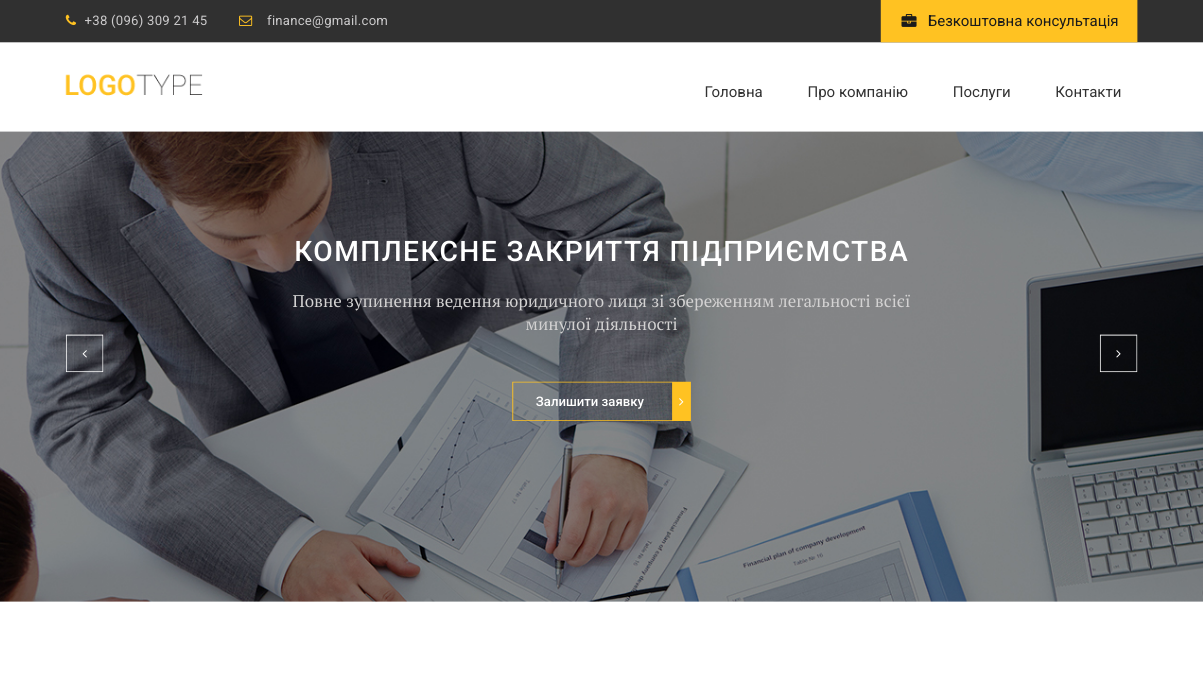
Repository: oliachipko/companysait
Page: index.html
An editor plug-in stored every save of this project. The page is shown before and after the next save, followed by the edit.
The browser window is 1280 px wide. The pictures show the whole page, at 94% of full size.

Above is the page before, as saved 2020-11-17 21:06:33.

### index.html
<!DOCTYPE html>
<html lang="en">
  <head>
    <meta charset="UTF-8" />
    <meta name="viewport" content="width=device-width, initial-scale=1.0" />
    <title>Document</title>
    <link rel="preconnect" href="https://fonts.gstatic.com" />
    <link
      href="https://fonts.googleapis.com/css2?family=PT+Serif:wght@400;700&family=Roboto:wght@400;500;700&display=swap"
      rel="stylesheet"/>
    <link rel="stylesheet" href="css/normalize.css" />
    <link rel="stylesheet" href="css/fonts.css">
    <link rel="stylesheet" href="css/jquery.fancybox.min.css">
    <link rel="stylesheet" href="css/slick.css">
    <link rel="stylesheet" href="css/style.css" />
  </head>
  <body>
    <header class="header">
      <div class="header__top">
        <div class="container">
          <div class="header__contacts">
            <a class="header__phone" href="tel:380963092145">+38 (096) 309 21 45</a>
            <a class="header__email" href="#">finance@gmail.com</a>
            <a data-fancybox data-src="#modal" href="javascript:;" href="#" class="header__btn">Безкоштовна консультація</a>
          </div>
        </div>
      </div>
      <div class="header__content">
        <div class="container">
          <div class="header__content-inner">
            <div class="header__logo">
              <a href="#">
                <img src="img/logo.png" alt="" />
              </a>
            </div>
            <nav class="menu">
              <ul>
                <li><a href="#">Головна</a></li>
                <li><a href="#">Про компанію</a></li>
                <li><a href="#">Послуги</a></li>
                <li><a href="#">Контакти</a></li>
              </ul>
            </nav>
          </div>
        </div>
      </div>
    </header>
    <section class="slider">
      <div class="container">
        <div class="slider__inner">
          <div class="slider__item">
            <div class="slider__item-content">
            <div class="slider__title">
              КОМПЛЕКСНЕ ЗАКРИТТЯ ПІДПРИЄМСТВА
            </div>
            <div class="slider__text">
              Повне зупинення ведення юридичного лиця
               зі збереженням легальності всієї минулої діяльності
            </div>
            <a data-fancybox data-src="#modal" href="javascript:;" class="slider__btn default-btn">
              Залишити заявку
            </a>
          </div>
        </div>

        <div class="slider__item">
          <div class="slider__item-content">
          <div class="slider__title">
            КОМПЛЕКСНЕ ЗАКРИТТЯ ПІДПРИЄМСТВА
          </div>
          <div class="slider__text">
            Повне зупинення ведення юридичного лиця
             зі збереженням легальності всієї минулої діяльності
          </div>
            <a data-fancybox data-src="#modal" href="javascript:;" class="slider__btn default-btn">
            Залишити заявку
            </a>
        </div>
      </div>

      <div class="slider__item">
        <div class="slider__item-content">
        <div class="slider__title">
          КОМПЛЕКСНЕ ЗАКРИТТЯ ПІДПРИЄМСТВА
        </div>
        <div class="slider__text">
          Повне зупинення ведення юридичного лиця
           зі збереженням легальності всієї минулої діяльності
        </div>
        <a data-fancybox data-src="#modal" href="javascript:;" class="slider__btn default-btn">
          Залишити заявку
        </a>
      </div>
    </div>


        </div>
      </div>
    </section>

    <div  id="modal">
      <h2>Hello!</h2>
      <p>You are awesome!</p>
    </div>


    <script src="https://ajax.googleapis.com/ajax/libs/jquery/3.5.1/jquery.min.js"></script>
    <script src="js/jquery.fancybox.min.js"></script>
    <script src="js/slick.min.js"></script>
    <script src="js/main.js"></script>
  </body>
</html>

### css/fonts.css
@font-face {
  font-family: 'icomoon';
  src:  url('../fonts/icomoon.eot?nqt5zc');
  src:  url('../fonts/icomoon.eot?nqt5zc#iefix') format('embedded-opentype'),
    url('../fonts/icomoon.ttf?nqt5zc') format('truetype'),
    url('../fonts/icomoon.woff?nqt5zc') format('woff'),
    url('../fonts/icomoon.svg?nqt5zc#icomoon') format('svg');
  font-weight: normal;
  font-style: normal;
  font-display: block;
}

[class^="icon-"], [class*=" icon-"] {
  /* use !important to prevent issues with browser extensions that change fonts */
  font-family: 'icomoon' !important;
  speak: never;
  font-style: normal;
  font-weight: normal;
  font-variant: normal;
  text-transform: none;
  line-height: 1;

  /* Better Font Rendering =========== */
  -webkit-font-smoothing: antialiased;
  -moz-osx-font-smoothing: grayscale;
}

.icon-envelope-o:before {
  content: "\f003";
}
.icon-check:before {
  content: "\f00c";
}
.icon-map-marker:before {
  content: "\f041";
}
.icon-phone:before {
  content: "\f095";
}
.icon-briefcase:before {
  content: "\f0b1";
}
.icon-bars:before {
  content: "\f0c9";
}
.icon-navicon:before {
  content: "\f0c9";
}
.icon-reorder:before {
  content: "\f0c9";
}
.icon-angle-left:before {
  content: "\f104";
}
.icon-angle-right:before {
  content: "\f105";
}
.icon-quote-left:before {
  content: "\f10d";
}
.icon-quote-right:before {
  content: "\f10e";
}
.icon-ellipsis-v:before {
  content: "\f142";
}

### css/style.css
* {
    box-sizing: border-box;
}

a{
    text-decoration: none;
    display: inline-block;
}

ul,
li{
    list-style: none;
    margin: 0;
    padding: 0;
}
.container{
    max-width: 1170px;
    margin: 0 auto;
    padding: 0 15px;
}

body{
    font-family: 'PT Serif', serif;
    /*font-family: 'Roboto', sans-serif;*/
    font-weight: 400px;
    font-size: 14px;
    line-height: 18px;
    color: #5e5e5e;

}
header {
    font-family: 'Roboto', sans-serif;
}
.header__top{
   background-color: #303030;
}
.header__btn {
    float: right;
    line-height: 36px;
    color: #1b1b1b;
    background-color: #ffc222;
    padding: 5px 20px 4px 50px;
    font-size: 16px;
    position: relative;
}
.header__btn:before {
    content: "\f0b1";
    font-family: 'icomoon';
    position: absolute;
    left: 22px;
    color: #1b1b1b;
}
.header__contacts:after {
    content: "";
    clear: both;
    display: block;
}
.header__phone,
.header__email {
    color:#cbcacb;
    letter-spacing: 0.25px;
    line-height: 45px;
    position: relative;
}
.header__phone {
    padding-left: 20px;
    padding-right: 30px;
}
.header__phone:before {
    content: "\f095";
    font-family: 'icomoon';
    position: absolute;
    left: 0;
    color: #ffc222;
}
.header__email{
    padding-left: 30px;
}
.header__email:before {
    content: "\f003";
    font-family: 'icomoon';
    position: absolute;
    left: 0;
    color: #ffc222;
}
.header__content {
    padding: 34px 0px 23px;
}
.header__content-inner{
    display: flex;
    justify-content: space-between;
}
.menu li {
    display: inline-block;
}
.menu a{
    color: #323232;
    font-size: 16px;
    line-height: 36px;
    border: 1px solid transparent;
    padding: 0px 16px;
    transition: all .3s;
}
.menu a:hover {
    border-color: #ffc222;
}
.menu li + li{
    padding-left: 10px;
}
#modal {
    display: none;"
}
.slider{
    background-image: url(../img/slider-fon.jpg);
    background-repeat: no-repeat;
    background-size: cover;
    background-position: center;
    min-height: 500px;
}
.slider__item-content{
    text-align: center;
    padding-top: 110px;
    max-width: 665px;
    margin: 0 auto;
}
.slider__title{
    text-transform: uppercase;
    font-size: 30px;
    line-height: 36px;
    color: white;
    font-weight: 500;
    letter-spacing: 1.5px;
    margin-bottom: 22px;
    font-family: 'Roboto', sans-serif;
}
.slider__text{
    line-height: 24px;
    font-size: 18px;
    color: #d3d2d2;
    margin-bottom: 50px;
}

.default-btn {
    display: inline-block;
    color: white;
    font-size: 14px;
    line-height: 24px;
    font-weight: 500;
    font-family: 'Roboto', sans-serif;
    padding: 8px 30px 8px 24px;
    border: 1px solid #ffc222;
    border-right-width: 20px;
    position: relative;
    z-index: 2;
}
.default-btn:after {
    content: "\f105";
    font-family: 'icomoon';
    position: absolute;
    top: 50%;
    transform: translateY(-50%);
    right: -12px;
}


.slider__inner {
    position: relative;
}
.slick-btn {
    position: absolute;
    top: 70%;
    z-index: 3;
    width: 40px;
    height: 40px;
    border: 1px solid white;
    background-color: transparent;
}
.slick-btn:before{
    position: absolute;
    top: 50%;
    left: 50%;
    transform: translate(-50%, -50%);
    font-family: 'icomoon';
    color: white;

}
.slick-next:before{
    content: "\f105";
}
.slick-prev:before {
    content: "\f104";
}
.slick-next{
    right: 0;
}
.slick-prev{
    left: 0;
}

### js/main.js
$(function(){

$('.slider__inner').slick({
    nextArrow: '<button type="button" class="slick-btn slick-next"></button>',
    prevArrow: '<button type="button" class="slick-btn slick-prev"></button>',
});


});

Loaded but not shown: css/normalize.css (library); css/jquery.fancybox.min.css (library); css/slick.css (common file); js/jquery.fancybox.min.js (library); js/slick.min.js (library)

After the next save:
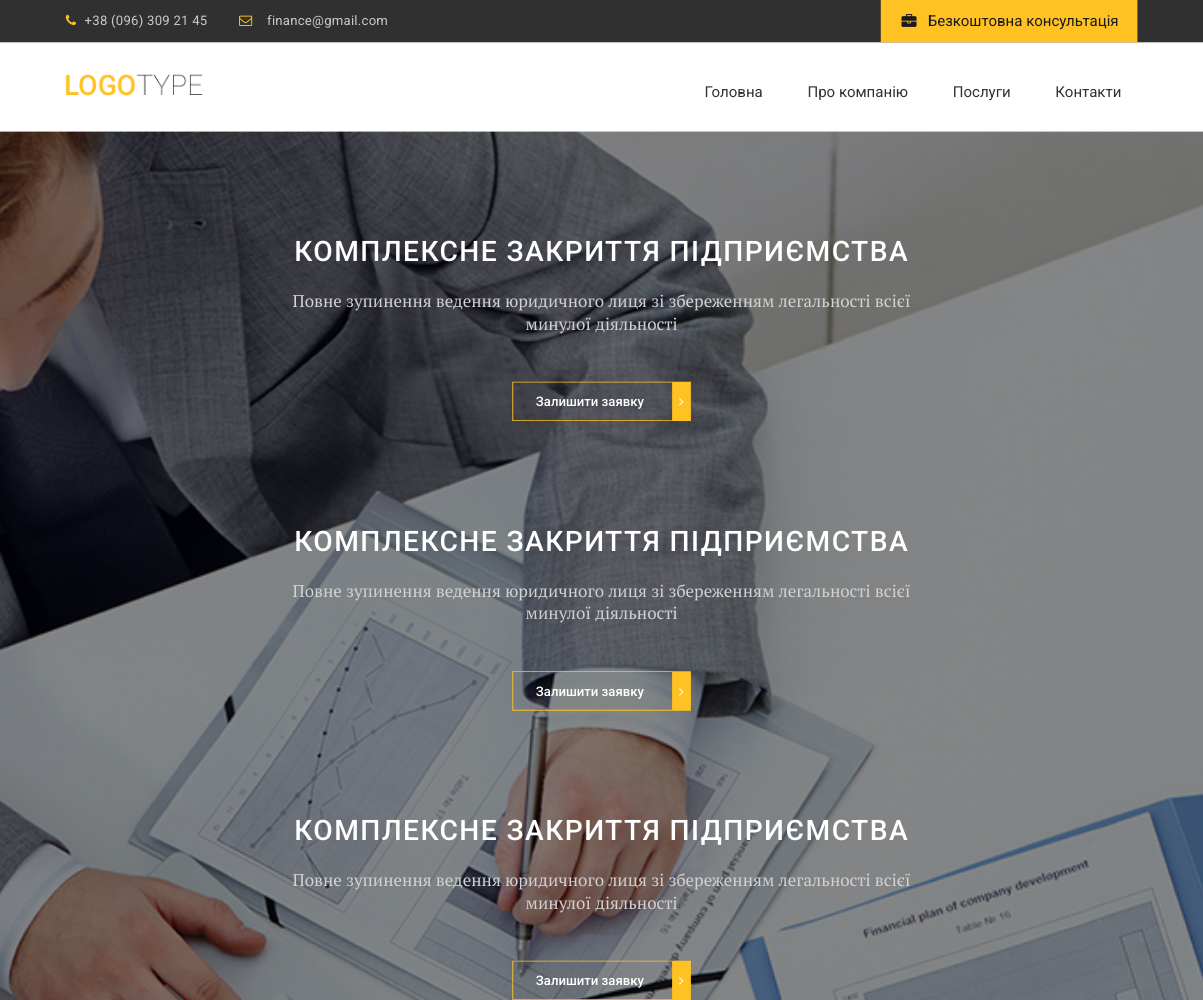
Console error: SyntaxError: Unexpected token ';'
Saved 96 s later.
--- a/js/main.js
+++ b/js/main.js
@@ -3,6 +3,8 @@
 $('.slider__inner').slick({
     nextArrow: '<button type="button" class="slick-btn slick-next"></button>',
     prevArrow: '<button type="button" class="slick-btn slick-prev"></button>',
+    infinite: false;
+
 });
 
 

After the save that followed:
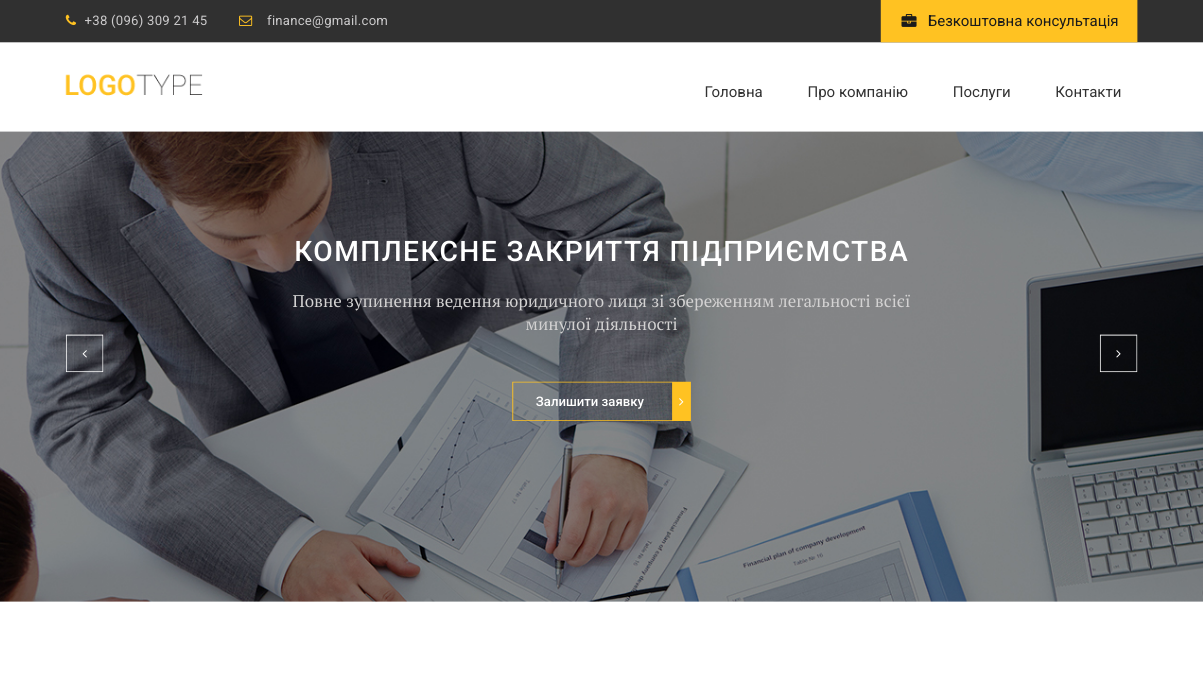
The error is gone.
Saved 8 s later.
--- a/js/main.js
+++ b/js/main.js
@@ -3,7 +3,7 @@
 $('.slider__inner').slick({
     nextArrow: '<button type="button" class="slick-btn slick-next"></button>',
     prevArrow: '<button type="button" class="slick-btn slick-prev"></button>',
-    infinite: false;
+    infinite: false
 
 });
 
